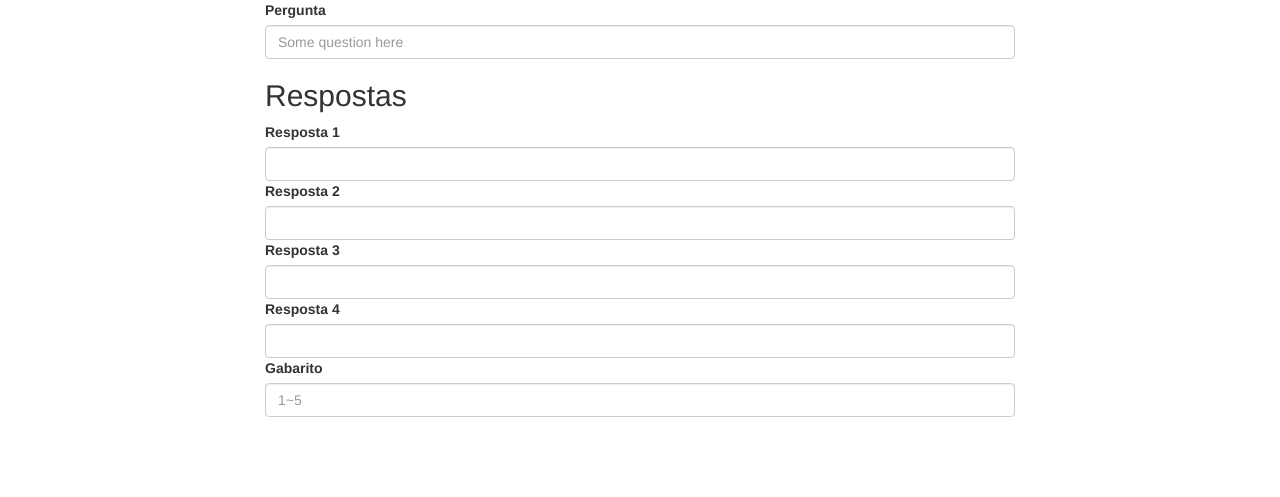
Repository: brunoUnigranrio/TDEs-Daw
Page: http://localhost/TDE1/sucesso.jsp
These files come from the project's save history. The page is drawn as it stood at one moment and after the next save; the edit follows.
The browser window is 1280 px wide. The pictures show the whole page.
The page is served by Tomcat 9.

Above is the page before, as saved 2019-06-16 20:51:32.
Console error (its wording comes from the project's code and is left out).

After the next save:
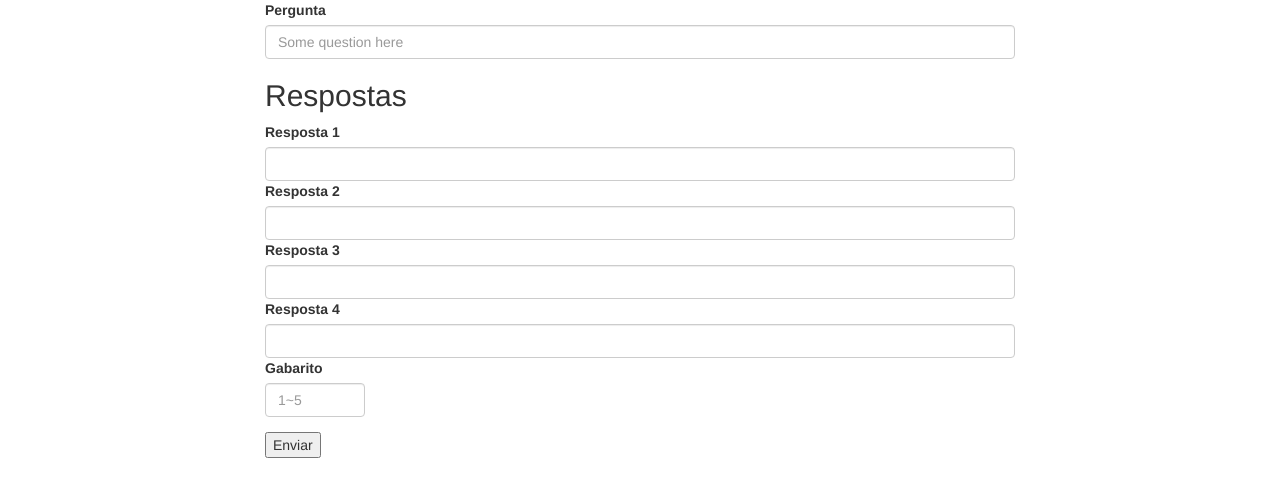
Saved 3 min 42 s later.
--- a/TDE1/WebContent/sucesso.jsp
+++ b/TDE1/WebContent/sucesso.jsp
@@ -38,13 +38,17 @@
   }
 
   %>
+  <div class="row">
+  <div class= "col-md-2">
+      <label for="gaba">Gabarito</label>
+    <input type="number" class="form-control" id="gabarito" placeholder="1~5" >
+  </div>
 
-    <label for="gaba">Gabarito</label>
-    <input type="number" class="form-control" id="gabarito" placeholder="1~5" >
+  </div>
 
 
   </div>
-
+  <button type="submit">Enviar</button>
 </form>
 </div>
 
